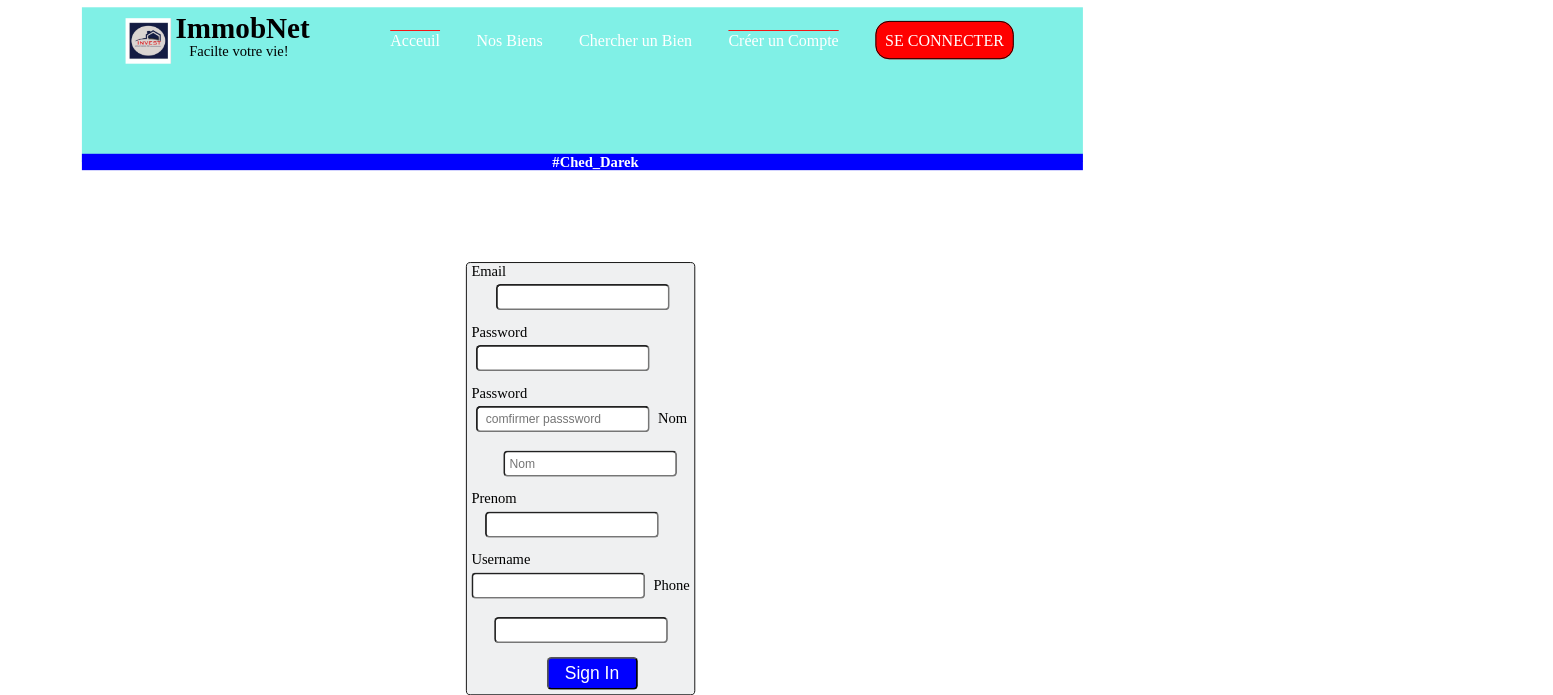
Repository: hassen-mnejja/Real_Estate_Agency_Website
Page: http://localhost/frontoffice/Register
An editor plug-in stored every save of this project. The page is shown before and after the next save, followed by the edit.
The browser window is 1280 px wide. The page is 1707 px wide, so the pictures cover 1707 px, including what lies to the right of the window. The pictures show the whole page, at 91% of full size.
The page is served by Tomcat 9. Other server files are loaded and not shown.

Above is the page before, as saved 2020-06-26 15:28:31.

### frontoffice/WebContent/WEB-INF/register.jsp
<%@ page pageEncoding="UTF-8" %>
<%@ taglib uri="http://java.sun.com/jsp/jstl/core" prefix="c" %>
<!DOCTYPE html>
<html>
    <head>
        <meta charset="utf-8" />
        <link rel="stylesheet" href="style50.css" />
        <title>Acceuil</title>
    </head>
    <body>

         <div id="bloc_page">
        	<header>
        		<div id="logo">
        	    <img src="invest-image.png" title="Avec ImmobNet Trouvez ce que vous conviendrez" >
        	    <h1>ImmobNet</h1>
        	    <p>Facilte votre vie!</p>
        	    </div>
                <nav>
                	<ul>
                		<li><a href="Acceuil" ><span class="acceuil">Acceuil</span></a></li>
                		<li><a href="#">Nos Biens </a>
                		<ul class="down">
                			<li><a href="Image?nombre=2">Maison</a></li>
                			<li><a href="Image?nombre=1">Appartement</a></li>
                			<li><a href="Image?nombre=3">Studio</a></li>
                            <li><a href="Image?nombre=4">Emplacement</a></li>
                        </ul></li>
                		<li><a href="Image"> Chercher un Bien</a></li>

                		<c:choose>
                		<c:when test="${id==0 }">
                		<li ><a href="Image" ><span class="acceuil"> Créer un Compte</span></a></li>

                		<li class="blanc"><a href="User" class="couleur"> SE CONNECTER</a></li>
                		</c:when>

                		<c:otherwise>

                		<li><a href="Visite"> Visiter Mon compte</a></li>
                		 <li class="blanc"><a href="Deconnexion" class="couleur"> SE Déconnecter</a></li>


                		</c:otherwise>
                		</c:choose>


                    </ul>
                </nav>
            </header>
            <div class="essai">
            <h1>#Ched_Darek </h1>

            </div>

    <form method="post" action="Register">
      <span>
     <label for="inputEmail4">Email</label>
 </span>
    <input type="email" class="form-control" id="inputEmail4" name="email" required>


    <label for="inputPassword4">Password</label>
    <input type="password" class="form-control" id="inputPassword4" name="pwd1" require>

    <label for="inputAddress">Password</label>
    <input type="password" class="form-control" id="inputAddress" placeholder=" comfirmer passsword" name="pwd2" reqired>
    <label for="inputAddress2">Nom</label>
    <input type="text" class="form-control" id="inputAddress2" placeholder="Nom" name="nom" required>
    <label for="inputCity">Prenom</label>
    <input type="text" class="form-control" id="inputCity" name="prenom"required>
    <label for="inputCity">Username</label>
    <input type="text" class="form-control" id="inputCity1" name="user" required>
    <label for="inputZip">Phone</label>
    <input type="text" class="form-control" id="inputcity" name="num" required><br>
    <button type="submit" class="btn btn-primary">Sign In</button>
    </form>

    <!--  <div id="final">
            <footer>
            	    <div class="element1">

            		<img src="invest-image.png" >
            		<h1> ImmobNet</h1>
            	    </div>
            		<ul>
            			<li><a href="#"> Qui sommes nous?</a></li>
            			<li><a href="#">Contactez-nous</a></li>
            			<li><a href="#">Condition d'utilisation</a></li>
            			<li><a href="#"> Protection des données</a></li>
            		</ul>
            		<div class="element2">
            		<a href="#"><img src="facebook.png"></a>
            		<a href="#"><img src="twitter.png"></a>
            		<a href="#" class="youtube"><img src="you tube.png" ></a>
            		<a href="#"><img src="instagram.jpg"></a>
            	    </div>
            </footer>
            </div>-->
    </div>
    </body>
</html>

### frontoffice/src/com/please/Register.java
package com.please;

import java.io.IOException;

import javax.servlet.ServletException;
import javax.servlet.http.HttpServlet;
import javax.servlet.http.HttpServletRequest;
import javax.servlet.http.HttpServletResponse;

import com.stp.Utilisateur;

public class Register extends HttpServlet {
	private static final long serialVersionUID = 1L;

    public Register() {
        super();

    }


	protected void doGet(HttpServletRequest request, HttpServletResponse response) throws ServletException, IOException {
		request.setAttribute("id",Utilisateur.id);
		request.getRequestDispatcher("/WEB-INF/register.jsp").forward(request, response);
	}


	protected void doPost(HttpServletRequest request, HttpServletResponse response) throws ServletException, IOException {
		Utilisateur u=new Utilisateur();
		String pwd1=request.getParameter("pwd1");
		String pwd2=request.getParameter("pwd2");
		String email=request.getParameter("email");

		String nom=request.getParameter("nom");
		String prenom=request.getParameter("prenom");
		String user=request.getParameter("user");
		String tel=request.getParameter("num");
		request.setAttribute("pwd1",pwd1);
		request.setAttribute("nom",nom);
		request.setAttribute("prenom",prenom);
		request.setAttribute("tel",tel);
		request.setAttribute("user",user);
		request.setAttribute("email",email);
		String Message;
		if(pwd1.equals(pwd2)) {
			u.addClient(request);
			Utilisateur.id=u.dernierligne();
			Message="succes inscription ";
			request.setAttribute("message",Message);

		}
		else {
			Message="inscription echoué , verifier votre mot de passe";
			request.setAttribute("message",Message);
		}
		request.setAttribute("id",Utilisateur.id);
		request.getRequestDispatcher("/WEB-INF/register.jsp").forward(request, response);
	}

}

### frontoffice/src/com/stp/Utilisateur.java
package com.stp;

import java.sql.Connection;
import java.sql.DriverManager;
import java.sql.PreparedStatement;
import java.sql.ResultSet;
import java.sql.SQLException;
import java.sql.Statement;
import java.util.ArrayList;
import java.util.List;

import javax.servlet.http.HttpServletRequest;

public class Utilisateur {
	public static int id;
	public static int bien;
	public static int entrer;
	public static String nom;
	public static String prenom;
	public static String email;
	public static String numtel;
	public static String password;
	public static List<String[]> listefavoris = new ArrayList<String[]>();
	private Connection connexion;
	private Statement st;
	private ResultSet rs;

	private void loadDatabase() {

		try {
			Class.forName("com.mysql.jdbc.Driver");
		} catch (ClassNotFoundException e) {}

		try {
			String url = "jdbc:mysql://localhost:3306/agence?useUnicode=true&useJDBCCompliantTimezoneShift=true&useLegacyDatetimeCode=false&serverTimezone=UTC";

			connexion = DriverManager.getConnection(url, "root", "");
		} catch (SQLException e) {
			e.printStackTrace();
		}
	}

	public int identifiant(HttpServletRequest request) {
		String emaile = request.getParameter("email");
		String passworde = request.getParameter("password");
		loadDatabase();
		try {
			st = connexion.createStatement();
			rs = st.executeQuery("select * from client c where " + "c.email='" + emaile + "'" + " AND c.password='" + passworde + "';");
			if (rs != null) {
				rs.next();
				id = rs.getInt("idclient");
				prenom = rs.getString("prenom");
				nom = rs.getString("nom");
				password = rs.getString("password");
				email = rs.getString("email");
				numtel = rs.getString("numtel");

			} else
				id = 0;
		} catch (SQLException e) {
			e.printStackTrace();
		} finally {
			// Fermeture de la connexion
			try {
				if (rs != null)
					rs.close();
				if (st != null)
					st.close();
				if (connexion != null)
					connexion.close();
				/*
				 * if (st1 != null) st.close();
				 */
			} catch (SQLException ignore) {
				ignore.printStackTrace();
			}

		}
		return id;
	}

	public void addClient(HttpServletRequest request) {
		loadDatabase();

		try {
			PreparedStatement ps = connexion.prepareStatement("insert into client(nom,prenom,username,password,email,numtel) values(?,?,?,?,?,?)");
			/* ps.setString(1,null); */
			String email = request.getParameter("email");
			String pwd1 = request.getParameter("pwd1");
			String nom = request.getParameter("nom");
			String prenom = request.getParameter("prenom");
			String user = request.getParameter("user");
			String tel = request.getParameter("num");
			this.prenom = prenom;
			this.email = email;
			this.password = pwd1;
			this.nom = nom;
			this.numtel = tel;
			ps.setString(1, nom);
			ps.setString(3, user);
			ps.setString(2, prenom);
			ps.setString(4, pwd1);
			ps.setString(5, email);
			ps.setString(6, tel);
			ps.executeUpdate();
		} catch (SQLException e) {

			e.printStackTrace();

		}
	}

	public int dernierligne() {
		loadDatabase();
		int i = 0;
		try {
			st = connexion.createStatement();
			rs = st.executeQuery("select * from client ;");

			while (rs.next())
				i = i + 1;
		} catch (SQLException e) {
			e.printStackTrace();
		}

		return i;
	}

	public boolean UpdateClient(HttpServletRequest request) {
		loadDatabase();
		boolean flag = false;
		String sql = "update client set password=?,username=?,numtel=?,nom=?,prenom=?,email=? where idclient=?";
		try {
			PreparedStatement ps = connexion.prepareStatement(sql);

			ps.setString(1, request.getParameter("pswd"));
			ps.setString(3, request.getParameter("num"));
			ps.setString(4, request.getParameter("nom"));
			ps.setString(5, request.getParameter("prenom"));
			ps.setString(6, request.getParameter("email"));
			ps.setInt(7, id);
			if (ps.executeUpdate() > 0) {
				flag = true;

			}
			ps.close();
		} catch (SQLException e) {
			// TODO: handle exception
			e.printStackTrace();
		}
		return flag;

	}
}

### frontoffice/WebContent/style50.css
@CHARSET "ISO-8859-1";
#bloc_page
{
    width: 1100px;
    margin: auto;
   /*background-color:#80F0E6;*/
}
header
{
   display:flex;
   justify-content: space-around;
   background-color:#E4DEDD;
   /*#80F0E6
   background-color:#E4DEDD;*/
   height:170px;
   background: url('separateur.png') repeat-x bottom #80F0E6;
}
.acceuil
{
	text-decoration:overline red ;
}
/*navigation*/
nav ul
{
	display:flex;
	list-style: none;
}
nav ul a
{
	text-decoration:none;
	color:white;
	margin-right:40px;
	font-size: 1.1em;

}
.down
{
	display:none;
   /* margin-right:500px;*/
    padding: 0px;


}
.down a
{
	font-size: 0.9em;
}
a:hover
{
	color:red;
}
nav ul li:hover .down
{
	display:flex;
	flex-direction:column;
	margin-right:-30px;
}
#logo
{
	display:flex;
}
#logo img
{

	width:50px;
	height:50px;
	margin-top: 12px;
	margin-left: 12px;
}
#logo h1
{
	width:25px;
	margin-top:5px;
	margin-left:5px;

}
#logo p
{
	margin-top:40px;
	margin-left:-10px;
}
nav ul li
{
	margin-top:10px;
}

.essai
{
	/*width:70px;*/
	background-color:blue;
	margin-top:-20px;
}
.essai h1
{
	position:relative;
	top:50%;
	left:47%;
	color:white;
	font-size:1em;
}
/*.bordure
{
	border:1px black solid;
	padding:10px;
	border-radius: 15px 15px;
	background-color:red;
	<li><a href="#" class="bordure">Publier Une Annonce</a></li>
}*/
.couleur
{
	border:1px black solid;
	padding:10px;
	border-radius: 15px 15px;
	background-color:red;*/
	color:white;
	/*font-size:1em;*/

}
/*.blancc
{
	margin-top:20px;
}*/
.blancc a:hover{
	color: white;
}
.blanc a:hover{
	color: white;
}

article a:hover div
{
	opacity:1;
}
#conteneur
{
   margin-right:190px;
}

/*footer*/
#final
{
	background-color: #80F0D1;
}
footer
{
	display:flex;
	justify-content: space-around;
	height:250px;
	background: url('separateur.png') repeat-x top;

}
footer ul
{
	list-style: none;
	display:flex;
	flex-direction: column;
}
footer ul li
{
    margin-top: 20px;
    margin-right: 100px;
}
footer ul a
{
	text-decoration:none;
	color:white;

}
.element2 img
{
	width:20px;
	height: 20px;
	margin-right: 10px;
	margin-top: 100px;
}
.element1
{
	display:flex;
	flex-direction:column;

}
.element1 img
{
	width:100px;
	height: 100px;
	margin-left: 20px;

}
.element1 h1
{
    color:white;
   font-size: 1.3em;
   margin-left: 20px;
}
form
{
	width:250px;
	background-color: #eff0f1;
	border:1px solid black;
	border-radius: 5px;
	position:absolute;
	top:40%;
	left:40%;
}

.form-control
{
    margin-bottom:15px;
	margin-left:10px;
	border-radius:5px;
	padding:5px;
	margin-top:5px;


}
label
{

	margin-left:5px;
	font-style: bold;


}

button
{
	padding: 5px;
	position: relative;
	left: 35%;
	background-color:blue;
	border-radius: 5px;
	width:100px;
	margin-bottom: 5px;
	color: white;
	font-size: 1.2em;
	font-style: bold;
	cursor: pointer;
}
#inputEmail4
{margin-left: 32px;}
#inputAddress2
{margin-left: 40px;}
#inputcity
{margin-left: 30px;}
#inputCity
{margin-left: 20px;}
#inputCity1
{margin-left: 5px;}

After the next save:
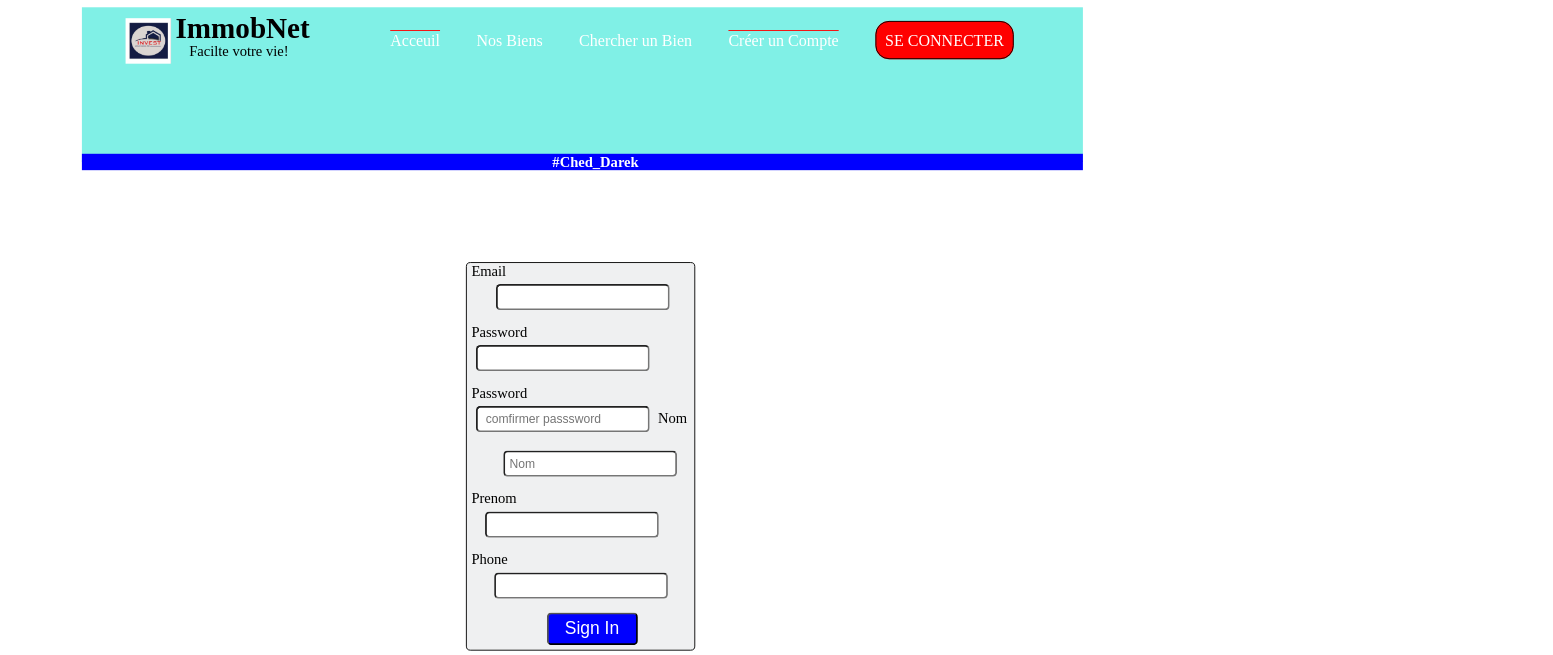
Saved 3 min 50 s later.
--- a/frontoffice/WebContent/WEB-INF/register.jsp
+++ b/frontoffice/WebContent/WEB-INF/register.jsp
@@ -69,8 +69,6 @@
     <input type="text" class="form-control" id="inputAddress2" placeholder="Nom" name="nom" required>
     <label for="inputCity">Prenom</label>
     <input type="text" class="form-control" id="inputCity" name="prenom"required>
-    <label for="inputCity">Username</label>
-    <input type="text" class="form-control" id="inputCity1" name="user" required>
     <label for="inputZip">Phone</label>
     <input type="text" class="form-control" id="inputcity" name="num" required><br>
     <button type="submit" class="btn btn-primary">Sign In</button>
